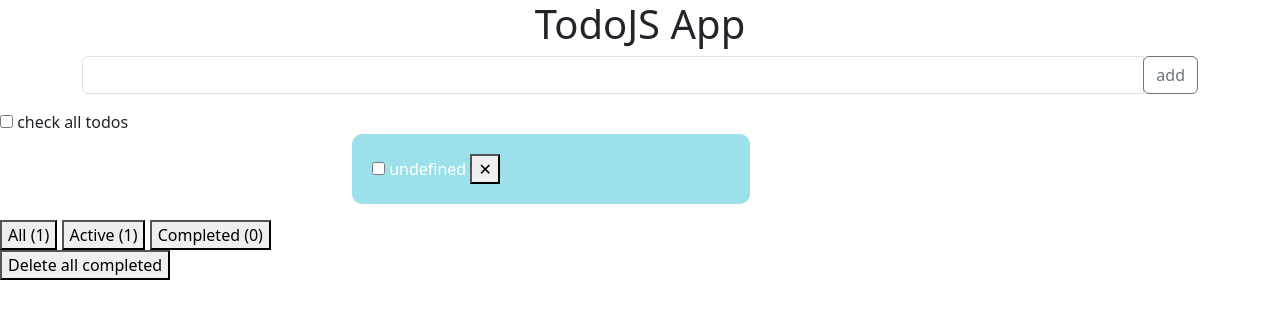
Repository: Wanashka/TodoJS
Page: main.html
These files come from the project's save history. The page is drawn as it stood at one moment and after the next save; the edit follows.
The browser window is 1280 px wide. The pictures show the whole page.
Empty fields were first filled with sample values (such as "Sample", 5 or name@example.com).
After loading, the first visible `#btn` was clicked once.

Above is the page before, as saved 2023-02-02 17:47:29.

### main.html
<!DOCTYPE html>
<html>
 <head>
  <meta charset="utf-8" />
  <script defer src="App.js"></script>
  <link rel="stylesheet" href="Style.css" type="text/css"/>
  <link href="https://cdn.jsdelivr.net/npm/bootstrap@5.3.0-alpha1/dist/css/bootstrap.min.css" rel="stylesheet" integrity="sha384-GLhlTQ8iRABdZLl6O3oVMWSktQOp6b7In1Zl3/Jr59b6EGGoI1aFkw7cmDA6j6gD" crossorigin="anonymous">
  <title>Todojs</title>
 </head>
 <body>
    <div class="container">
    <h1 class="text-center">TodoJS App</h1>
        <div class="input-group mb-3">
            <input type="text" class="form-control" id="todo">
                <div class="input-group-append">
                    <button type="button" id="btn" class="btn btn-outline-secondary">add</button>
                </div>
            </div>
        </div>
        <div>
            <input type='checkbox' id='checkAll' class="checkbox-all"> check all todos</input>
            <ul id="myUL">

            </ul>
            <div class="button-filter">
                <button class='button-all'>All (0)</button>
                <button class='button-active'>Active (0)</button>
                <button class='button-completed'>Completed (0)</button>
            </div>
                   <button class="delete-all">Delete all completed</button>
        </div>
    </div>
        <script src="https://cdn.jsdelivr.net/npm/bootstrap@5.3.0-alpha1/dist/js/bootstrap.bundle.min.js" integrity="sha384-w76AqPfDkMBDXo30jS1Sgez6pr3x5MlQ1ZAGC+nuZB+EYdgRZgiwxhTBTkF7CXvN" crossorigin="anonymous"></script>
     </body>
</html>

### App.js
const addTodo = document.querySelector('#todo'),
    btn = document.querySelector('#btn'),
    todo = document.querySelector('#myUL'),
    closeLI = document.querySelector('#closeLi'),
    checkboxAll = document.querySelector('.checkbox-all'),
    deleteAll = document.querySelector('.delete-all'),
    buttonAll = document.querySelector('.button-all'),
    buttonActive = document.querySelector('.button-active'),
    buttonCompleted = document.querySelector('.button-completed'),
    buttonFilter = document.querySelector('.button-filter')
    ;

let arr = [];

buttonFilter.addEventListener('click', filterTasks)

function filterTasks(event) {
    let arrFilter = [];
    if (event.target.classList.contains("button-all")) {
        render(arr);
    }
    if (event.target.classList.contains("button-completed")) {
        arrFilter = arr.filter((item) => item.checked === true);
        render(arrFilter);
    }
    if (event.target.classList.contains("button-active")) {
        arrFilter = arr.filter((item) => item.checked !== true);
        render(arrFilter);
    }
}

function renderActive() {
    arrActive = arr.filter((item) => item.checked !== true);
    render(arrActive);
}

btn.addEventListener('click', createTodo)

addTodo.addEventListener('keyup', function (event) {
    if (event.key == 'Enter') {
        createTodo();
    }
});

checkboxAll.addEventListener('click', completedAllTodo)

function createTodo() {
    const text = valid(addTodo.value);
        if(text === ""){
            return
        }
        let newTodo = {
            id: String(Date.now()),
            todo: text,
            checked: false
        };
        arr.push(newTodo)

        render(arr);
        addTodo.value = '';
    };
function valid(value){
    const text = value.trim().replace(/\s+/g, ' ');
}

function render(arr) {
    let displayMessage = '';
    arr.forEach(function (item) {
        const completed = item.checked ? "checked" : ""
        displayMessage += `
    <li id=${item.id} class='task-li'>
    <input type='checkbox' ${completed} class='checkbox'>
    <label for='${item.id}' class='input-todo'> ${item.todo} </label>
    <button class='button-delete'>✕</button>
    </li>`;
    });
    todo.innerHTML = displayMessage;
    counterTodo();
};

todo.addEventListener('click', deleteCheckTask)
todo.addEventListener('dblclick', editTask)

function editTask(event) {
    if (event.target.classList.contains("input-todo")) {
        const taskToEdit = event.target;
        const taskId = event.target.parentNode.id;
        const inputTask = document.createElement('input');
        inputTask.classList.add('input-edit-task');
        taskToEdit.replaceWith(inputTask);
        const task = arr.find((item) => item.id === taskId);
        inputTask.value = task.todo;
        inputTask.focus();


        function keyup(event) {
            if (event.key == 'Escape') {
                inputTask.removeEventListener('blur', save);
                render(arr)
            }
            if (event.key == 'Enter') {
                save();
            }
        }
        function save() {
            const text = valid(inputTask.value)
            task.todo = text;
            render(arr)
        };

        inputTask.addEventListener('keyup', keyup);
        inputTask.addEventListener('blur', save);
    }
}

function deleteCheckTask(event) {
    const taskId = event.target.parentNode.id
    if (event.target.classList.contains("button-delete")) {
        arr = arr.filter((item) => item.id !== taskId)
        render(arr);
    }
    else if (event.target.classList.contains("checkbox")) {
        const task = arr.find((item) => item.id === taskId)
        task.checked = !task.checked;
        console.log(arr)
        render(arr);
    }
}

function completedAllTodo(event) {
    arr.forEach(function (item) {
        item.checked = checkboxAll.checked
    })
    console.log(checkboxAll.checked)
    console.log(arr)
    render(arr)
}

deleteAll.addEventListener('click', deleteAllCompleted)

function deleteAllCompleted() {
        arr = arr.filter((item) => item.checked !== true)
    render(arr)
}

function counterTodo() {
    let counterAll = arr.length
    let counterCompleted = 0;
    let counterActive = 0;
    arr.forEach(function (item) {
        if (item.checked === true) {
            counterCompleted += 1;
        }
        else {
            counterActive += 1;
        }
    });
    buttonAll.textContent = `All (${counterAll})`;
    buttonCompleted.textContent = `Completed (${counterCompleted})`
    buttonActive.textContent = `Active (${counterActive})`
}

### Style.css
ul{
margin-left: 25%;
    width: 600px;
}
li {
    padding: 20px;
    background-color: rgb(156, 224, 236);
    color: white;
    margin-bottom: 15px;
    width: 70%;
    align-items: center;
    border-radius: 10px;
}

#closeLi {
    margin-left: 15px;
    color: rgb(0, 0, 0);
    font-weight: bold;
    float: right;
    font-size: 26px;
    line-height: 20px;
    cursor: pointer;
    transition: 0.3s;
}

After the next save:
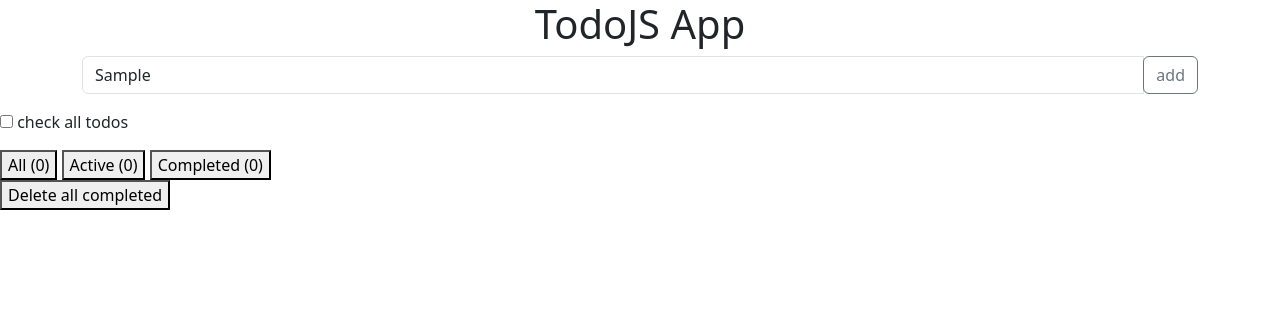
Console error: ReferenceError: re is not defined
Saved 8 s later.
--- a/App.js
+++ b/App.js
@@ -61,6 +61,7 @@
     };
 function valid(value){
     const text = value.trim().replace(/\s+/g, ' ');
+    re
 }
 
 function render(arr) {

After the 2 saves that followed:
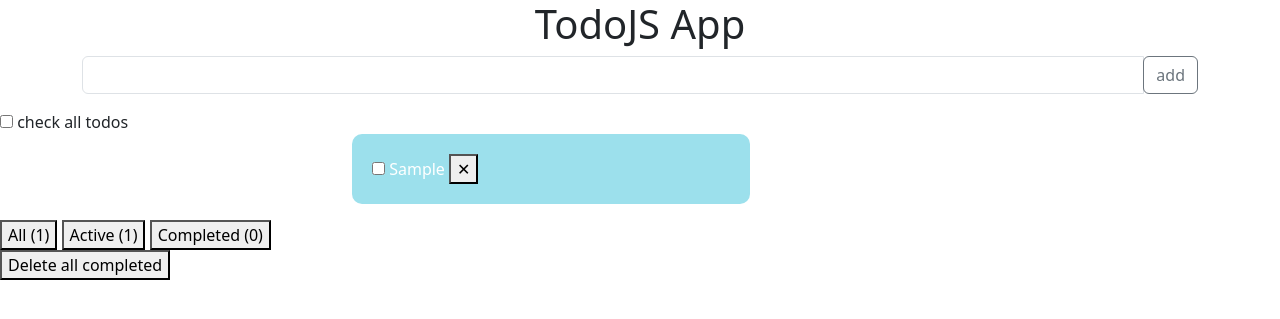
The error is gone.
The 2 saves are shown as one change because they came seconds apart.
The last was saved 6 s later.
--- a/App.js
+++ b/App.js
@@ -61,7 +61,7 @@
     };
 function valid(value){
     const text = value.trim().replace(/\s+/g, ' ');
-    re
+    return(text);
 }
 
 function render(arr) {
